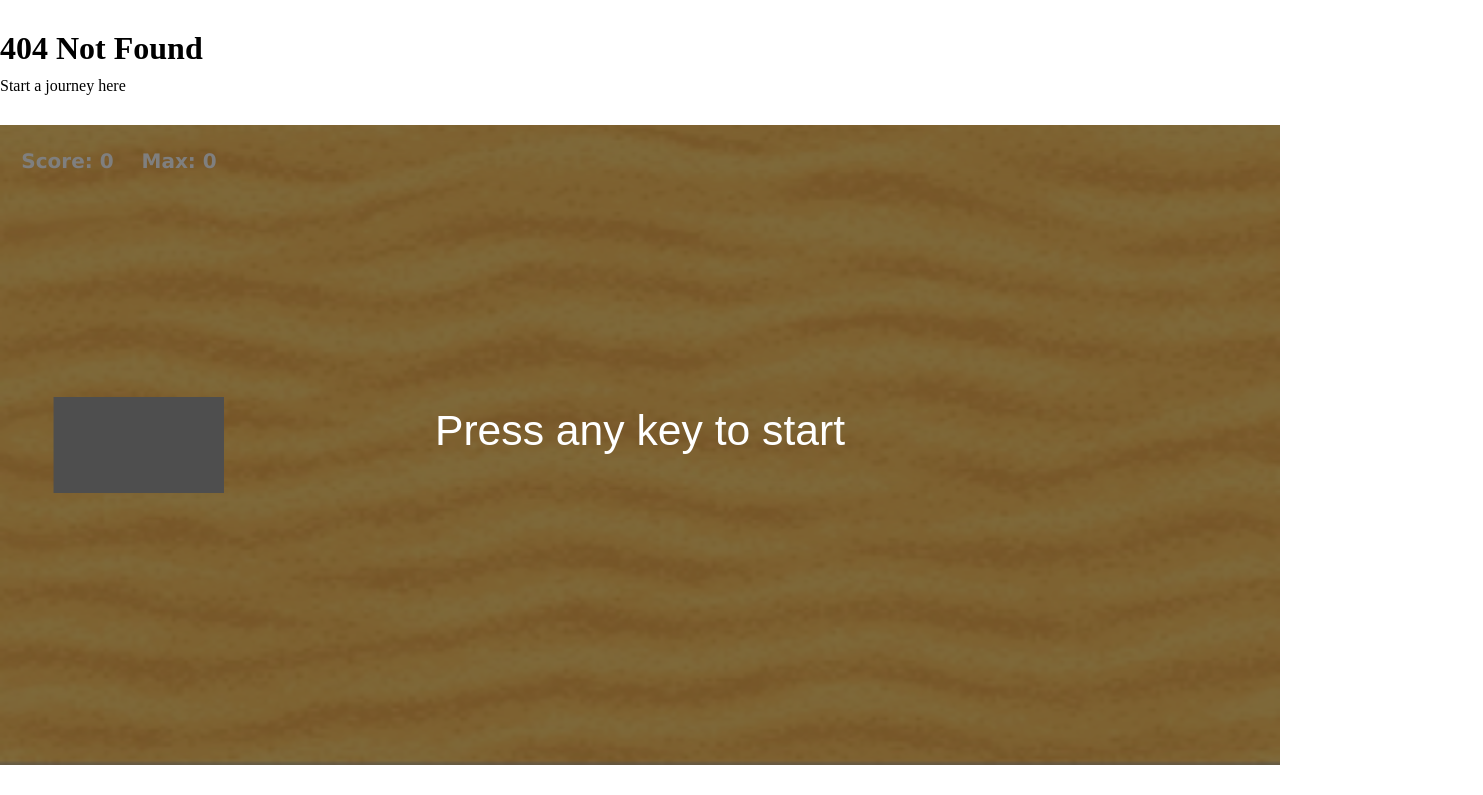
Repository: btgoo/game
Page: car.html
An editor plug-in stored every save of this project. The page is shown before and after a run of saves, followed by the edit.
The browser window is 1280 px wide. The page is 1280 px wide, then 1483 px, so the pictures cover 1483 px, including what lies to the right of the window. The pictures show the whole page.

Above is the page before, as saved 2025-10-26 02:44:50.

After the next 2 saves:
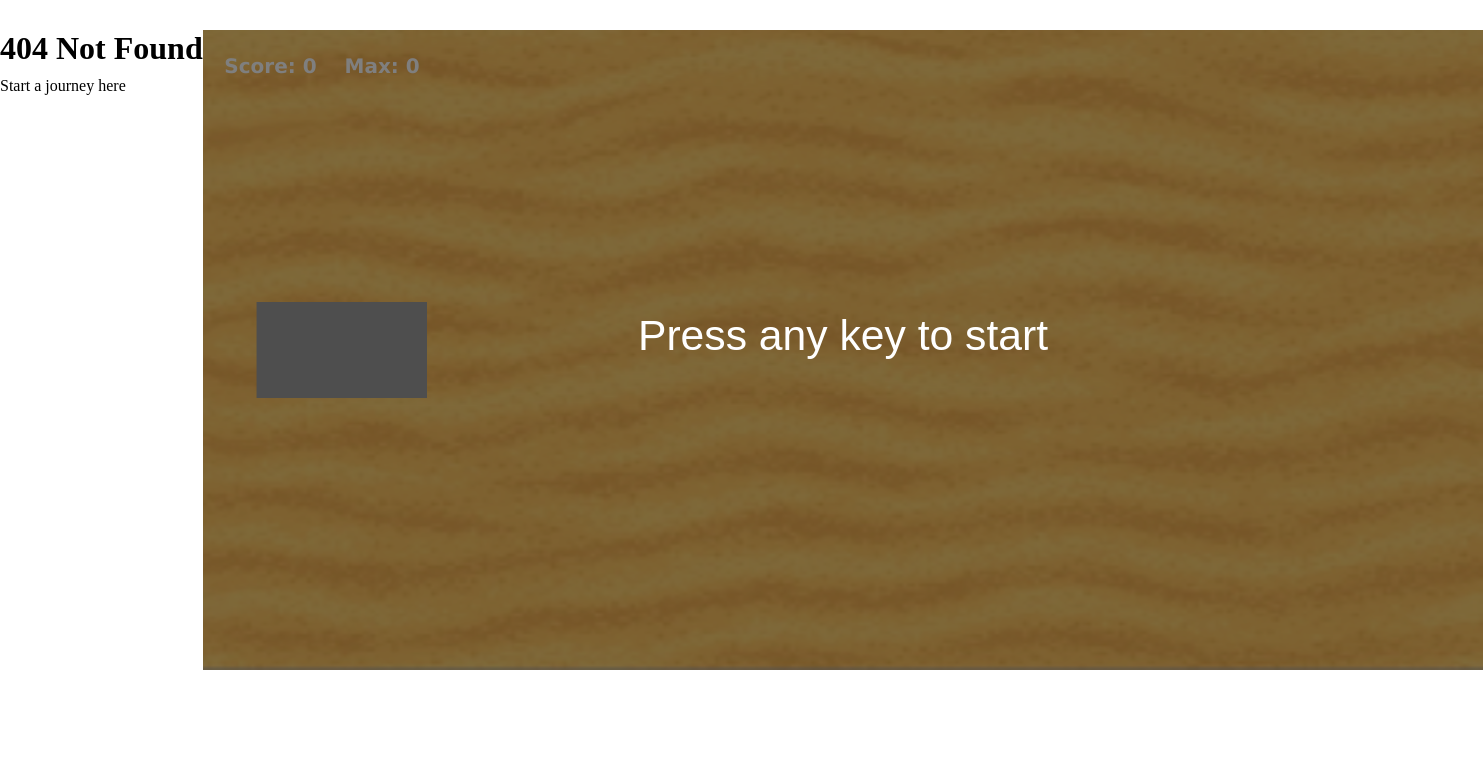
The 2 saves are shown as one change because they came seconds apart.
The last was saved 6 s later.
--- a/car_style.css
+++ b/car_style.css
@@ -7,7 +7,7 @@
 body{
     display:flex;
     flex-direction: column;
-    flex-wrap:
+    flex-wrap:wrap;
     height: 100vh;
 
     user-select: none;
